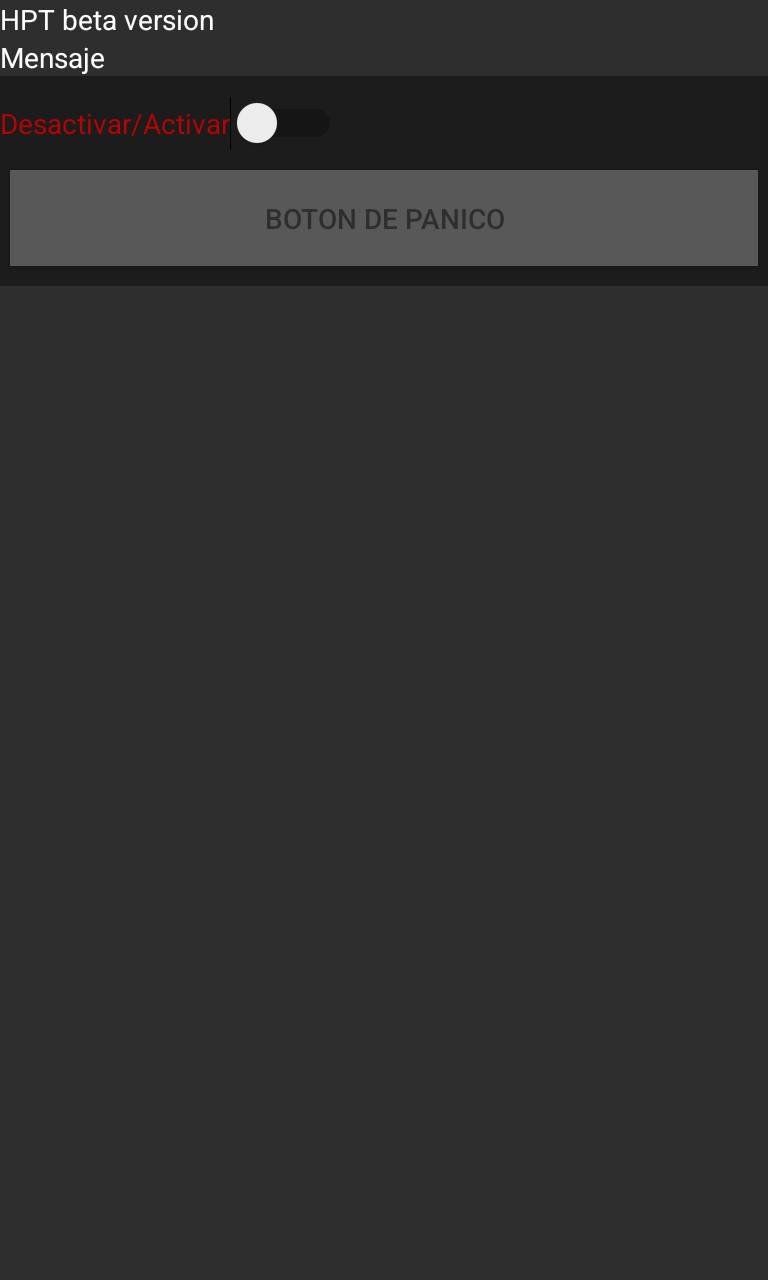
Repository: aludena18/android_apps
Layout: HunterPersonalTrack/res/layout/activity_main.xml
An editor plug-in stored every save of this project. The layout is shown before and after the next save, followed by the edit.
It is drawn on a 768 x 1280 px phone screen (xhdpi) without system bars, with theme AppTheme; the app's code is not run.

Above is the layout before, as saved 2015-10-16 21:47:11.

After the next save:
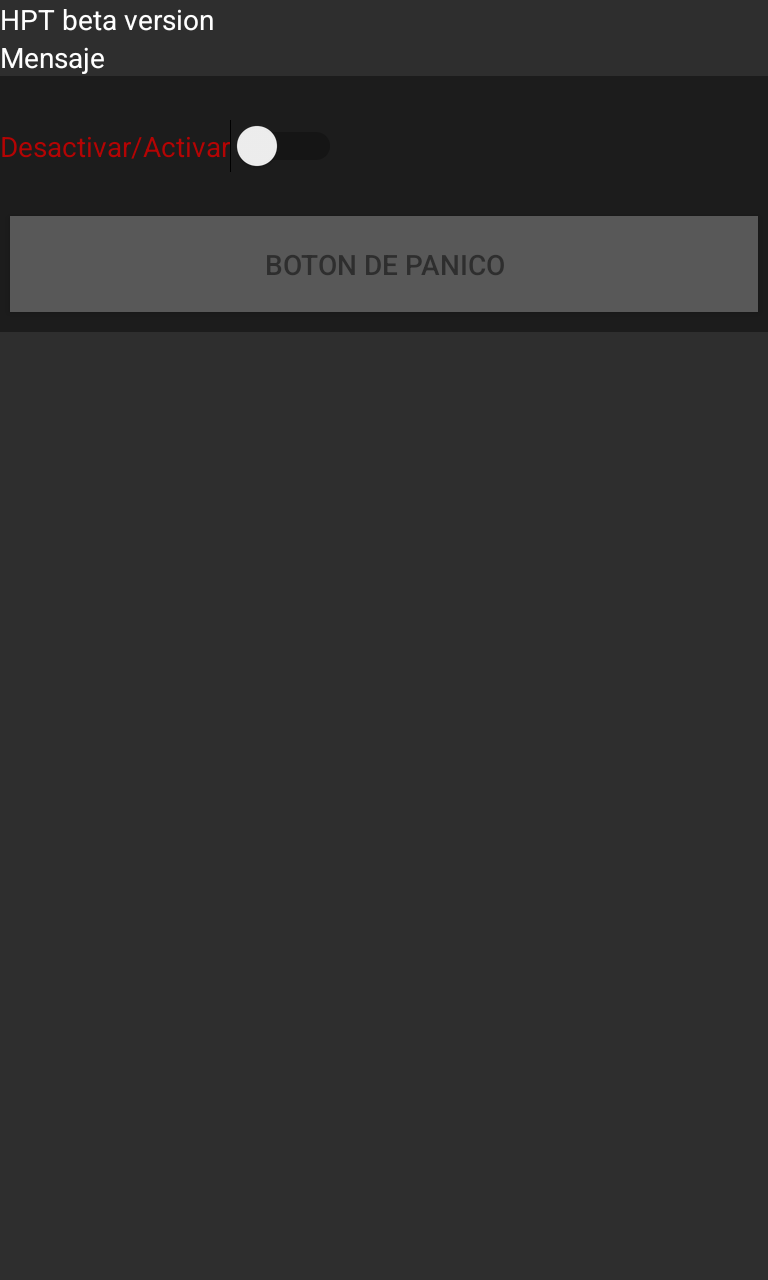
Saved 7 min 29 s later.
--- a/HunterPersonalTrack/res/layout/activity_main.xml
+++ b/HunterPersonalTrack/res/layout/activity_main.xml
@@ -28,7 +28,7 @@
         <Switch
 	        android:id="@+id/swtOnOff"
     	    android:layout_width="wrap_content"
-        	android:layout_height="wrap_content"
+        	android:layout_height="50dp"
         	android:layout_marginTop="10dp"
        		android:layout_marginBottom="10dp"
         	android:textColor="#B40404"
